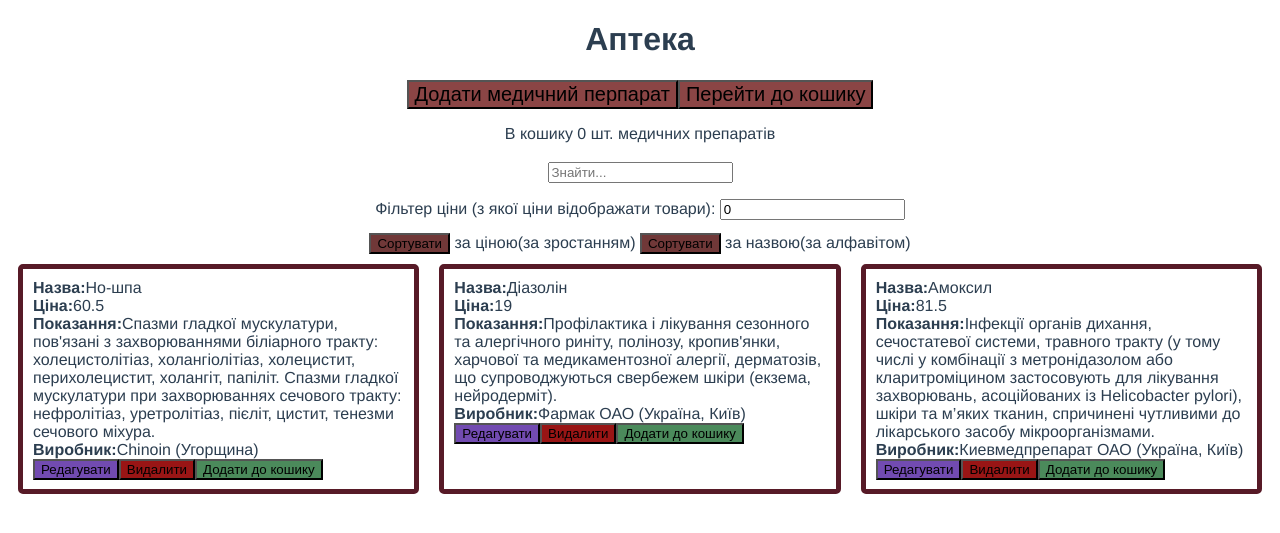
Repository: kristinap8/pharmacy
Page: /
An editor plug-in stored every save of this project. The page is shown before and after a run of saves, followed by the edit.
The browser window is 1280 px wide. The pictures show the whole page.
The project was rebuilt for these pictures with package versions that can differ from the ones it lists, and the page was loaded fresh each time. Also part of the build but not shown: src/components/AddMedicineForm/index.vue, src/pages/AddMedicine/index.vue, src/components/EditMedicineForm/index.vue, src/pages/EditMedicine/index.vue, src/components/CartForm/index.vue, src/pages/Cart/index.vue.

Above is the page before, as saved 2020-12-10 11:13:53.

### src/main.js
import Vue from 'vue'
import App from './App.vue'
import router from "./router"
import store from "./store"

Vue.config.productionTip = false

new Vue({
  store,
  router,
  render: h => h(App),
}).$mount('#app')

### src/App.vue
<template>
  <div id="app">
    <router-view/>
  </div>
</template>

<script>
export default {
  name: "App",
  components: {},
};
</script>

<style>
#app {
  font-family: Avenir, Helvetica, Arial, sans-serif;
  -webkit-font-smoothing: antialiased;
  -moz-osx-font-smoothing: grayscale;
  color: #2c3e50;
}
</style>

### src/router.js
import Vue from "vue";
import VueRouter from "vue-router";
import AddMedicine from "@/pages/AddMedicine";
import EditMedicine from "@/pages/EditMedicine";
import AllMedicines from "@/pages/AllMedicines";
import Cart from "@/pages/Cart";

Vue.use(VueRouter);

const routes=[
    {
        path:'/',
        name:'all-medicines',
        component:AllMedicines
    },
    {
        path:'/edit_medicine/:medicine_id',
        name:'edit-medicine',
        component:EditMedicine
    },
    {
        path:'/add_medicine',
        name:'add-medicine',
        component:AddMedicine
    },
    {
        path:'/cart',
        name:'cart',
        component:Cart
    },

]

const router=new VueRouter({
    mode:"history",
    routes
});

export default router;

### src/store/index.js
import Vue from "vue";
import Vuex from "vuex";
import { v4 as uuid_v4 } from 'uuid'

Vue.use(Vuex)
const store=new Vuex.Store({
    state:{
      medicinesList:[
          {
              id:1,
              name:'Но-шпа',
              price:60.5,
              requirements:"Спазми гладкої мускулатури, пов'язані з захворюваннями біліарного тракту: холецистолітіаз, холангіолітіаз, холецистит, перихолецистит, холангіт, папіліт. Спазми гладкої мускулатури при захворюваннях сечового тракту: нефролітіаз, уретролітіаз, пієліт, цистит, тенезми сечового міхура.",
              maker:"Chinoin (Угорщина)"

          },
          {
            id:2,
            name:"Діазолін",
            price:19,
            requirements:"Профілактика і лікування сезонного та алергічного риніту, полінозу, кропив'янки, харчової та медикаментозної алергії, дерматозів, що супроводжуються свербежем шкіри (екзема, нейродерміт).",
            maker:"Фармак ОАО (Україна, Київ)"

        },
        {
            id:3,
            name:"Амоксил",
            price:81.5,
            requirements:"Інфекції органів дихання, сечостатевої системи, травного тракту (у тому числі у комбінації з метронідазолом або кларитроміцином застосовують для лікування захворювань, асоційованих із Helicobacter pylori), шкіри та м’яких тканин, спричинені чутливими до лікарського засобу мікроорганізмами.",
            maker:"Киевмедпрепарат ОАО (Україна, Київ)"

        }
      ],
      cart:[],
      cartItemsCount:0
    },
    mutations:{
        addMedicine(state, data) {
            state.medicinesList.push({
             id: uuid_v4(),
             ...data,
           })
         },
         deleteMedicine(state,id){
             let medicines=state.medicinesList.filter(medicine=>medicine.id!=id)
             state.medicinesList=medicines;
         },
         editMedicine(state,medicine){
             state.medicinesList.forEach(m=>{
                 if(m.id==medicine.id){
                     m=medicine;
                 }
             } )
         },
         addToCart(state,medicine){
            let isMedicineExists=state.cart.find(m => m.id == medicine.id);

            if (isMedicineExists) {
                isMedicineExists.quantity ++;
                isMedicineExists.totalPrice = (isMedicineExists.quantity * isMedicineExists.price).toFixed(2);
            } else {
                state.cart.push(medicine);

                Vue.set(medicine, 'quantity', 1);
                Vue.set(medicine, 'totalPrice', medicine.price);
            }
             state.cartItemsCount++
         },
         deleteItemFromCart(state,medicine){
            let index = state.cart.indexOf(medicine);
            if (index > -1) {
                let item= state.cart[index];
                if(item.quantity>1)
                {
                    state.cartItemsCount--;
                    item.quantity--;
                    item.totalPrice-=item.price;
                }
                else{
                    state.cartItemsCount -= item.quantity;
                    state.cart.splice(index, 1);
                }

            }
         }
    },
    actions:{
        addMedicine({ commit }, medicine) {
            commit('addMedicine', medicine)
         },
          deleteMedicine({commit},id){
              commit('deleteMedicine',id)
          },
          editMedicine({commit},medicine){
              commit('editMedicine',medicine)
          },
          addToCart({commit},medicine){
              commit('addToCart',medicine)
          },
          deleteItemFromCart({commit},medicine){
              commit("deleteItemFromCart",medicine)
          }

    },
    getters:{
        getMedicines:(state)=> state.medicinesList,
        getMedicineById:(state)=>(id)=>{return state.medicinesList.find(m=>m.id===id)},
        getMedicinesInCart:(state)=>state.cart,
     },
    modules:{

    }
})

export default store

### src/pages/AllMedicines/index.vue
<template>
    <div>
        <h1 class="header">Аптека</h1>
        <div class='btns'>
        <router-link to="/add_medicine" tag="button" class='add-btn'>Додати медичний перпарат</router-link>
        <router-link to="/cart" tag="button" class='cart-btn'>Перейти до кошику</router-link>
        </div>
        <p class="cart-count">В кошику {{this.$store.state.cartItemsCount}} шт. медичних препаратів</p>
     <medicines-list/>
    </div>
</template>

<script>

import MedicinesList from "../../components/MedicinesList"
    export default {
        name:"AllMedicine",
        components: {
            MedicinesList,
        },

    }
</script>

<style lang="scss" scoped>
 .header{
      text-align: center;
  }
  .cart-count{
   text-align: center;
  }
  .btns{
      text-align: center;
  }
  .add-btn{
      background:rgb(139, 69, 69);
      font-size:20px;
  }
  .cart-btn{
      background:rgb(139, 69, 69);
      font-size:20px;
  }
</style>

### src/components/MedicinesList/index.vue
<template>
    <div>
        <div class="search-filter">
          <input type="text" placeholder="Знайти..." v-model="search"/><br/>
        </div>
        <div class="price-filter">
          <label>
          Фільтер ціни (з якої ціни відображати товари):
          <input type="number" v-model="price"/>
          </label>
        </div>
        <div class="sort">
              <button id="s" @click="sortByPrice">Сортувати</button>
                за ціною({{sortByPriceDir[0]}})
                <button id="s" @click="sortByName">Сортувати</button>
                за назвою({{sortByNameDir}})
        </div>
    <div class="list-container">
    <medicine-card
    v-for="medicine in filteredMedicines"
    :key="medicine.id"
    :id="medicine.id"
    :name="medicine.name"
    :price="medicine.price"
    :requirements="medicine.requirements"
    :maker="medicine.maker"
    />
     </div>
    </div>
</template>

<script>
import { mapGetters } from 'vuex'
import MedicineCard from "./MedicineCard"
    export default {
        name:"MedicinesList",
        data() {
            return {
                search:"",
                price:0,
                sortByPriceDir:["за зростанням","за спаданням"],
                sortByNameDir:"за алфавітом"
            }
        },
        components: {
        MedicineCard,
        },
        computed: {
            ...mapGetters(['getMedicines']),
            filteredMedicines() {
           return this.getMedicines
             .filter((m) => {
              return (
              m.name.toLowerCase().includes(this.search.toLowerCase()) ||
              m.maker.toLowerCase().includes(this.search.toLowerCase()) ||
              m.requirements.toLowerCase().includes(this.search.toLowerCase())||
              m.price==Number(this.search)
            );})
            .filter((m)=>{
                return(
                   m.price >= Number(this.price)
                )
            })
            }
           },
            methods: {
                sortByPrice:function() {
                     if(this.sortByPriceDir=="за зростанням")
                     {
                        this.sortByPriceDir="за спаданням"
                     }else{
                        this.sortByPriceDir="за зростанням"
                     }

                }
            }
        }

//var sortByName = function (d1, d2) {return (d1.name.toLowerCase() > d2.name.toLowerCase()) ? 1 : -1;};
//;
</script>

<style lang="scss" scoped>
  .list-container{
      display: flex;
  }
  .search-filter{
      text-align: center;
      margin:10px;
      padding: 3px;
  }
  .price-filter{
      text-align: center;
      margin:10px;
      padding: 3px;
  }
  .sort{
      text-align: center;
  }
  #s{
      background:rgb(112, 56, 56);
  }
</style>

### src/components/MedicinesList/MedicineCard/index.vue
<template>
    <div class="card-container">
    <div><b>Назва:</b>{{name}}</div>
    <div><b>Ціна:</b>{{price}}</div>
    <div><b>Показання:</b>{{requirements}}</div>
    <div><b>Виробник:</b>{{maker}}</div>
    <button @click="onEditMedicine" class="edit-btn">Редагувати</button>
    <button @click="onDeleteMedicine(id)" class="delete-btn">Видалити</button>
    <button @click="onAddToCart({id,name,price,requirements,maker})" class="add-btn">Додати до кошику</button>
    </div>
</template>

<script>
import { mapActions } from 'vuex'
  export default {
        name:"MedicineCard",
        props: {
            id: {
                type: [String,Number],
                required:true,
            },
            name: {
                type: String,
                default:"Назва препарату не вказана"
            },
            price:{
                type:[String,Number],
                default:0
            },
            requirements:{
                type:String,
                default:"Показань до застосування не вказано"
            },
            maker:{
                type:String,
                default:"Виробника не вказано"
            }

        },
        methods: {
            onDeleteMedicine(id) {
                this.$store.dispatch("deleteMedicine",id)
             },
            onEditMedicine(){
                this.$router.push({
                    name:'edit-medicine',
                    params:{medicine_id:this.id}
                })
            },
            ...mapActions(['addToCart']),
            onAddToCart(item){
                this.$store.dispatch('addToCart',item)
            }
        },
    }
</script>

<style lang="scss" scoped>
.card-container{
  width: 400px;
  height: 200px;
  border: 5px solid rgb(87, 26, 39);
  border-radius: 5px;
  padding: 10px;
  margin: 10px;
  text-align: left;
}
.add-btn{
    background:rgb(75, 138, 91)
}
.edit-btn{
    background:rgb(114, 75, 177)
}
.delete-btn{
    background:rgb(153, 21, 21)
}
</style>

Loaded but not shown: public/index.html (common file)

After the next 5 saves:
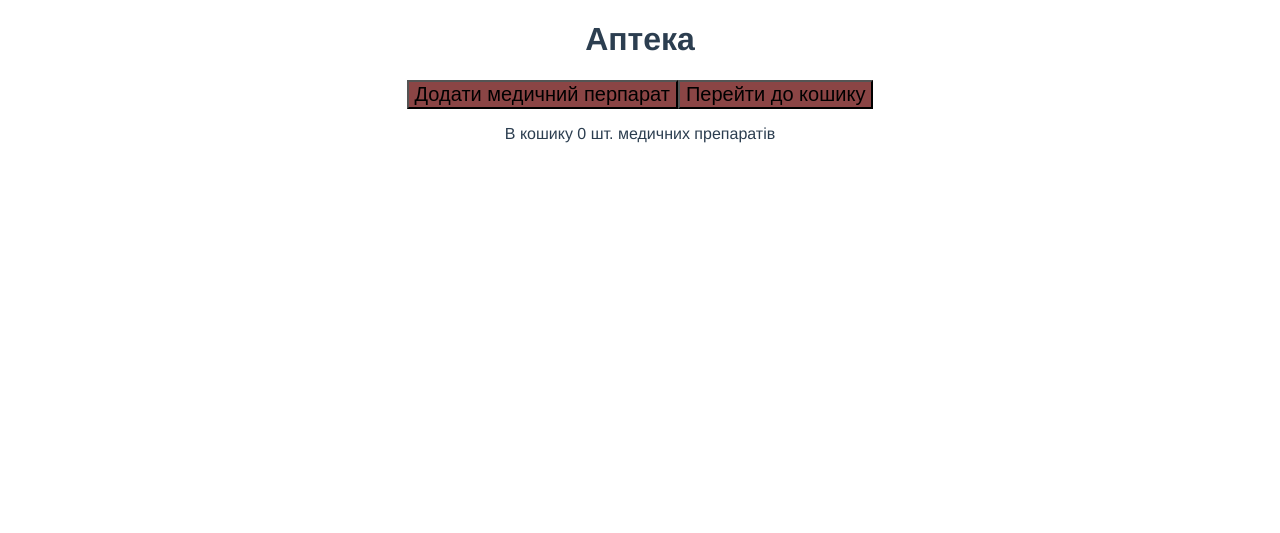
The 5 saves are shown as one change because 3 did not build or start and some came seconds apart.
The last was saved 2 min 21 s later.
--- a/src/components/MedicinesList/index.vue
+++ b/src/components/MedicinesList/index.vue
@@ -11,7 +11,7 @@
         </div>
         <div class="sort">
               <button id="s" @click="sortByPrice">Сортувати</button>
-                за ціною({{sortByPriceDir[0]}})
+                за ціною({{chosenDir}})
                 <button id="s" @click="sortByName">Сортувати</button>
                 за назвою({{sortByNameDir}})
         </div>
@@ -39,6 +39,7 @@ import MedicineCard from "./MedicineCard"
                 search:"",
                 price:0,
                 sortByPriceDir:["за зростанням","за спаданням"],
+                chosenDir:sortByPriceDir[0],
                 sortByNameDir:"за алфавітом"
             }
         },
@@ -65,11 +66,11 @@ import MedicineCard from "./MedicineCard"
            },
             methods: {
                 sortByPrice:function() {
-                     if(this.sortByPriceDir=="за зростанням")
+                     if(this.chosenDir==this.sortByPriceDir[0])
                      {
-                        this.sortByPriceDir="за спаданням"
+                        this.chosenDir=this.sortByPriceDir[1]
                      }else{
-                        this.sortByPriceDir="за зростанням"
+                        this.chosenDir=this.sortByPriceDir[0]
                      }
 
                 }
